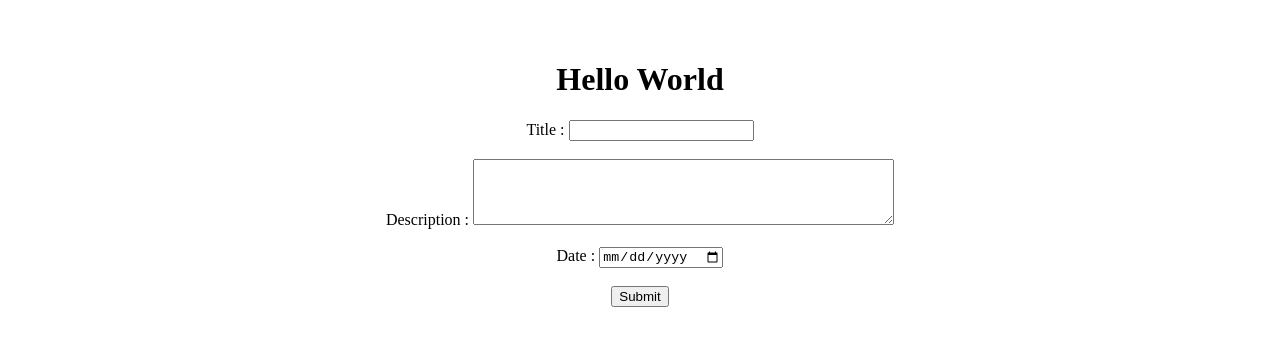
Repository: VishwaGoswami1407/todo-react-frontend
Page: /
These files come from the project's save history. The page is drawn as it stood at one moment and after the next save; the edit follows.
The browser window is 1280 px wide. The pictures show the whole page.
The project was rebuilt for these pictures with package versions that can differ from the ones it lists, and the page was loaded fresh each time. Also part of the build but not shown: vite.config.js.

Above is the page before, as saved 2024-10-27 22:58:49.

After the next save:
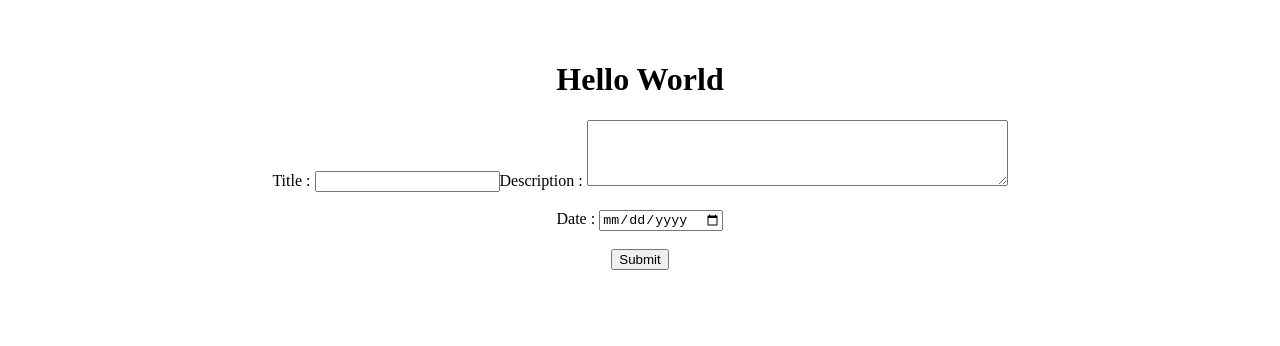
Saved 19 min 53 s later.
--- a/src/App.jsx
+++ b/src/App.jsx
@@ -7,8 +7,7 @@ function App() {
      <h1>Hello World</h1>
      <label>Title : </label>
      <input type="text" name="title" />
-     <br />
-     <br />
+
      <label>Description : </label>
      <textarea name="description" rows="4" cols="50"></textarea>
      <br />
